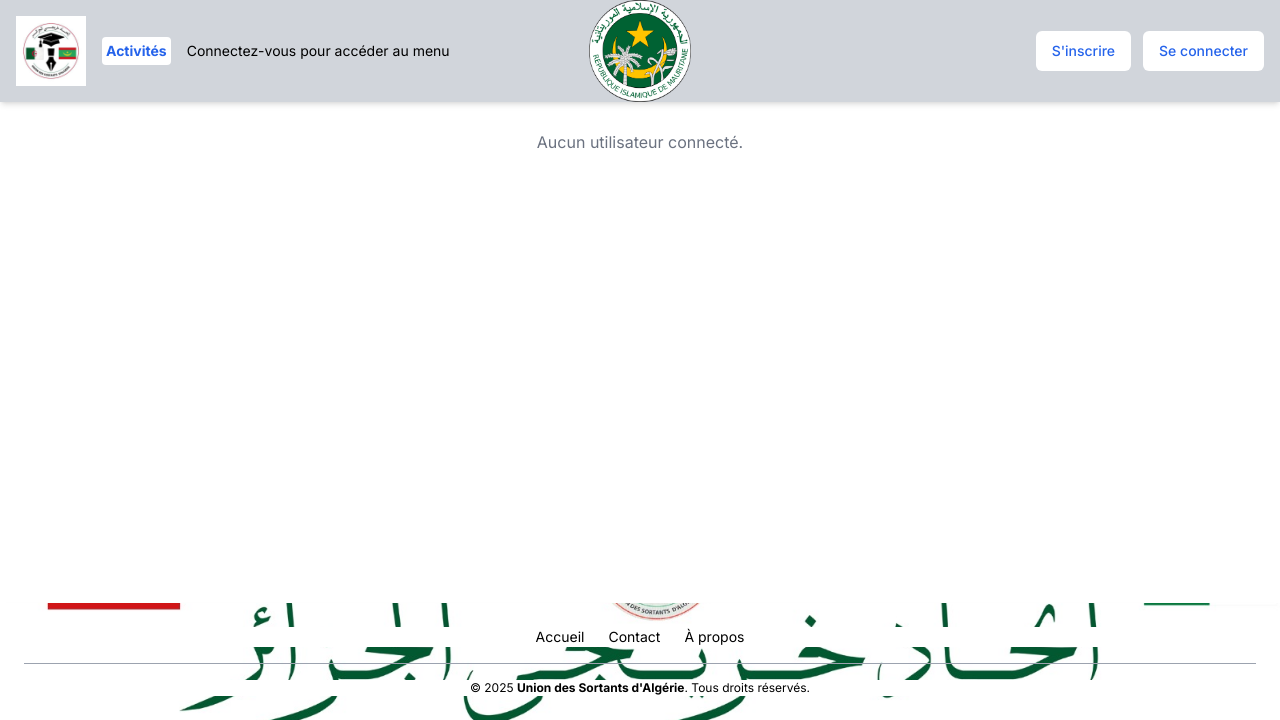
Repository: lamatmed/usa
Page: /dashboard/espace-user/update
The author's editor kept a copy of each file at every save. The page is drawn from the files as they stood at one save, then again after the next save.
The browser window is 1280 px wide. The pictures show the whole page.
The project was rebuilt for these pictures with package versions that can differ from the ones it lists, and the page was loaded fresh each time. The framework's server and built-in components were replaced by stand-ins that run in the browser. Also part of the build but not shown: next.config.js, components/ui/dropdown-menu.tsx, components/ui/card.tsx.

Above is the page before, as saved 2025-04-10 16:42:32.

### app/layout.tsx
import "./globals.css";
import type { Metadata } from "next";
import { Inter } from "next/font/google";
import { AuthProvider } from "@/components/AuthContext";
import NavBar from "@/components/NavBar";
import { Toaster } from "@/components/ui/toaster";
import Footer from "@/components/Footer";

const inter = Inter({ subsets: ["latin"] });

export const metadata: Metadata = {
  title: "Union des Sortants  d'Algérie",
  description: "Application",
  icons: "/R.png",
};

export default function RootLayout({
  children,
}: {
  children: React.ReactNode;
}) {
  return (
    <html lang="fr" className={inter.className} suppressHydrationWarning>
      <body className="flex flex-col min-h-screen">
        <AuthProvider>
          <NavBar />
          <main className="flex-grow mt-7">{children}</main>
          <Footer />
        </AuthProvider>
        <Toaster /> {/* Placer Toaster en dehors d'AuthProvider pour éviter sa réinitialisation */}
      </body>
    </html>
  );
}

### components/AuthContext.tsx
"use client";

import { createContext, useState, useEffect, useCallback } from "react";

interface User {
  nni: string;
  id: string;
  name: string;
  role: string;
  photo: string| undefined;
  address: string| undefined;
  job:  string| undefined;
  domain : string| undefined;
  cv: string| undefined
}

interface AuthContextType {
  user: User | null;
  isAuthenticated: boolean;
  login: (token: string) => void;
  logout: () => void;
}

export const AuthContext = createContext<AuthContextType | null>(null);

export function AuthProvider({ children }: { children: React.ReactNode }) {
  const [user, setUser] = useState<User | null>(null);
  const [isAuthenticated, setIsAuthenticated] = useState(false);

  // ✅ `fetchUser` est maintenant stable grâce à `useCallback`
  const fetchUser = useCallback((token: string) => {
    console.log("🔍 Envoi du token pour récupération de l'utilisateur...");

    fetch("/api/me", {
      headers: { Authorization: `Bearer ${token}` },
    })
      .then((res) => res.json())
      .then((data) => {
        console.log("🔍 Réponse API:", data);
        if (data.user) {
          setUser(data.user);
          setIsAuthenticated(true);
        } else {
          throw new Error("Utilisateur non trouvé");
        }
      })
      .catch((error) => {
        console.log("❌ Erreur lors de la récupération de l'utilisateur:", error);
        logout(); // Un seul appel ici
      });
  }, []);


  useEffect(() => {
    const token = localStorage.getItem("token");
    if (token) {
      fetchUser(token); // ✅ Plus de warning
    }
  }, [fetchUser]); // ✅ fetchUser est maintenant stable

  function login(token: string) {
    console.log("✅ Connexion réussie, stockage du token...");
    localStorage.setItem("token", token);
    fetchUser(token);
  }

  function logout() {
    console.log("🚪 Déconnexion, suppression du token...");
    localStorage.removeItem("token");
    setUser(null);
    setIsAuthenticated(false);
  }

  return (
    <AuthContext.Provider value={{ user, isAuthenticated, login, logout }}>
      {children}
    </AuthContext.Provider>
  );
}

### components/NavBar.tsx
"use client";

import { useContext, useState } from "react";
import { AuthContext } from "@/components/AuthContext";
import { useRouter } from "next/navigation";
import { Button } from "@/components/ui/button";
import {
  DropdownMenu,
  DropdownMenuContent,
  DropdownMenuItem,
  DropdownMenuLabel,
  DropdownMenuSeparator,
  DropdownMenuTrigger,
  DropdownMenuPortal,
} from "@/components/ui/dropdown-menu";
import { MainNav } from "./main-nav";
import { Menu, X } from "lucide-react"; // Icônes menu
import Image from "next/image";
import Link from "next/link";

export default function NavBar() {
  const { user, isAuthenticated, logout } = useContext(AuthContext)!;
  const router = useRouter();
  const [menuOpen, setMenuOpen] = useState(false);

  function handleLogout() {
    logout();
    router.push("/login");
  }

  return (
    <nav
      className="p-4 bg-gray-300 shadow-md flex items-center justify-between"
      style={{
        backgroundImage: "url('/R.png')",
        backgroundRepeat: "no-repeat",
        backgroundPosition: "center",
        backgroundSize: "contain", // 🔽 rend l’image plus petite
      }}

    >
      {/* Logo + Menu mobile */}
      <div className="flex items-center space-x-4">
        <Link href="/">
          <Image src={"/union.jpg"} alt="logo" width={70} height={70} />
        </Link>
        <a
          href="/activites"
          className="text-sm font-bold text-blue-600 hover:text-blue-900 bg-white p-1 rounded"
        >
          Activités
        </a>

        {/* Bouton Menu Mobile */}
        <button
          className="md:hidden p-2 rounded-md text-black hover:bg-gray-200 transition bg-white"
          onClick={() => setMenuOpen(!menuOpen)}
        >
          {menuOpen ? <X className="w-6 h-6" /> : <Menu className="w-6 h-6" />}
        </button>

        {/* Navigation Desktop */}
        <div className="hidden md:block">
          <MainNav />
        </div>
      </div>

      {/* Menu Mobile */}
      {menuOpen && (
        <div className="absolute top-16 left-0 w-full bg-gray-300 shadow-lg flex flex-col p-4 space-y-3 md:hidden">
          <MainNav />
          {!isAuthenticated && (
            <>
              <Button
                onClick={() => {
                  router.push("/register");
                  setMenuOpen(false);
                }}
                className="bg-white text-blue-600 w-full"
              >
                S&apos;inscrire
              </Button>
              <Button
                onClick={() => {
                  router.push("/login");
                  setMenuOpen(false);
                }}
                className="bg-white text-blue-600 w-full"
              >
                Se connecter
              </Button>
            </>
          )}
        </div>
      )}

      {/* Menu déroulant utilisateur */}
      {isAuthenticated && user ? (
        <DropdownMenu>
          <DropdownMenuTrigger asChild>
            <Button
              variant="outline"
              className="bg-white text-blue-600 flex items-center space-x-2"
            >
              <Image
                src={user.photo && user.photo !== "" ? user.photo : "/R.png"}
                alt={`Photo de ${user.name}`}
                width={32}
                height={32}
                className="w-8 h-8 rounded-full object-cover"
              />
              <span>{user.name}</span>
            </Button>
          </DropdownMenuTrigger>
          <DropdownMenuPortal>
            <DropdownMenuContent>
              <DropdownMenuLabel>
                <div className="flex items-center space-x-2">
                  <Image
                    src={user.photo && user.photo !== "" ? user.photo : "/R.png"}
                    alt={`Photo de ${user.name}`}
                    width={32}
                    height={32}
                    className="w-8 h-8 rounded-full object-cover"
                  />
                  <div>
                    <p className="font-semibold">{user.name}</p>
                    <p className="text-sm text-gray-500">
                      Connecté en tant que {user.role}
                    </p>
                  </div>
                </div>
              </DropdownMenuLabel>
              <DropdownMenuSeparator />
              <DropdownMenuItem
                onClick={() => {
                  handleLogout();
                  setMenuOpen(false);
                }}
                className="cursor-pointer text-red-500"
              >
                Déconnexion
              </DropdownMenuItem>
            </DropdownMenuContent>
          </DropdownMenuPortal>
        </DropdownMenu>
      ) : (
        // Boutons "Se connecter" et "S'inscrire" uniquement si l'utilisateur n'est pas connecté
        <div className="hidden md:flex space-x-3">
          <Button
            onClick={() => router.push("/register")}
            className="bg-white text-blue-600"
          >
            S&apos;inscrire
          </Button>
          <Button
            onClick={() => router.push("/login")}
            className="bg-white text-blue-600"
          >
            Se connecter
          </Button>
        </div>
      )}
    </nav>
  );
}

### components/ui/toaster.tsx
'use client';

import { useToast } from '@/hooks/use-toast';
import {
  Toast,
  ToastClose,
  ToastDescription,
  ToastProvider,
  ToastTitle,
  ToastViewport,
} from '@/components/ui/toast';

export function Toaster() {
  const { toasts } = useToast();

  return (
    <ToastProvider>
      {toasts.map(function ({ id, title, description, action, ...props }) {
        return (
          <Toast key={id} {...props}>
            <div className="grid gap-1">
              {title && <ToastTitle>{title}</ToastTitle>}
              {description && (
                <ToastDescription>{description}</ToastDescription>
              )}
            </div>
            {action}
            <ToastClose />
          </Toast>
        );
      })}
      <ToastViewport />
    </ToastProvider>
  );
}

### components/Footer.tsx
"use client";

import Link from "next/link";
import { motion } from "framer-motion";

const Footer = () => {
  return (
    <motion.footer
      initial={{ opacity: 0, y: 20 }}
      animate={{ opacity: 1, y: 0 }}
      transition={{ duration: 0.6 }}
      className="w-full py-6 bg-gradient-to-r from-gray-900 to-gray-700 text-white shadow-md mt-8"
      style={{
        backgroundImage: "url('/uda.jpg')", // Remplace par ton image
        backgroundSize: "cover",
        backgroundPosition: "center",
      }}
    >
      <div className="container mx-auto px-6 max-w-7xl text-center">
        {/* Liens rapides */}
        <nav className="mb-4 flex justify-center space-x-6 bg-white text-black">
          <Link href="/" className="text-sm hover:bg-blue-400 transition ">
            Accueil
          </Link>
          <Link
            href="/contact"
            className="text-sm hover:text-blue-900transition hover:bg-blue-400 "
          >
            Contact
          </Link>
          <Link
            href="/about"
            className="text-sm hover:bg-blue-400 transition"
          >
            À propos
          </Link>
        </nav>

        {/* Copyright */}
        <div className="border-t border-gray-400 pt-4 text-center px-2 sm:px-4">
          <p className="text-[10px] sm:text-xs text-black whitespace-nowrap bg-white">
            © {new Date().getFullYear()}{" "}
            <span className="font-bold">Union des Sortants d&apos;Algérie</span>
            . Tous droits réservés.
          </p>
        </div>
      </div>
    </motion.footer>
  );
};

export default Footer;

### components/ui/button.tsx
import * as React from 'react';
import { Slot } from '@radix-ui/react-slot';
import { cva, type VariantProps } from 'class-variance-authority';

import { cn } from '@/lib/utils';

const buttonVariants = cva(
  'inline-flex items-center justify-center whitespace-nowrap rounded-md text-sm font-medium ring-offset-background transition-colors focus-visible:outline-none focus-visible:ring-2 focus-visible:ring-ring focus-visible:ring-offset-2 disabled:pointer-events-none disabled:opacity-50',
  {
    variants: {
      variant: {
        default: 'bg-primary text-primary-foreground hover:bg-primary/90',
        destructive:
          'bg-destructive text-destructive-foreground hover:bg-destructive/90',
        outline:
          'border border-input bg-background hover:bg-accent hover:text-accent-foreground',
        secondary:
          'bg-secondary text-secondary-foreground hover:bg-secondary/80',
        ghost: 'hover:bg-accent hover:text-accent-foreground',
        link: 'text-primary underline-offset-4 hover:underline',
      },
      size: {
        default: 'h-10 px-4 py-2',
        sm: 'h-9 rounded-md px-3',
        lg: 'h-11 rounded-md px-8',
        icon: 'h-10 w-10',
      },
    },
    defaultVariants: {
      variant: 'default',
      size: 'default',
    },
  }
);

export interface ButtonProps
  extends React.ButtonHTMLAttributes<HTMLButtonElement>,
    VariantProps<typeof buttonVariants> {
  asChild?: boolean;
}

const Button = React.forwardRef<HTMLButtonElement, ButtonProps>(
  ({ className, variant, size, asChild = false, ...props }, ref) => {
    const Comp = asChild ? Slot : 'button';
    return (
      <Comp
        className={cn(buttonVariants({ variant, size, className }))}
        ref={ref}
        {...props}
      />
    );
  }
);
Button.displayName = 'Button';

export { Button, buttonVariants };

### hooks/use-toast.ts
'use client';

import { ToastActionElement, ToastProps } from '@/components/ui/toast';
// Inspired by react-hot-toast library
import * as React from 'react';



const TOAST_LIMIT = 1;
const TOAST_REMOVE_DELAY = 1000000;

type ToasterToast = ToastProps& {
  id: string;
  title?: React.ReactNode;
  description?: React.ReactNode;
  action?: ToastActionElement;
};

const actionTypes = {
  ADD_TOAST: 'ADD_TOAST',
  UPDATE_TOAST: 'UPDATE_TOAST',
  DISMISS_TOAST: 'DISMISS_TOAST',
  REMOVE_TOAST: 'REMOVE_TOAST',
} as const;

let count = 0;

function genId() {
  count = (count + 1) % Number.MAX_SAFE_INTEGER;
  return count.toString();
}

type ActionType = typeof actionTypes;

type Action =
  | {
      type: ActionType['ADD_TOAST'];
      toast: ToasterToast;
    }
  | {
      type: ActionType['UPDATE_TOAST'];
      toast: Partial<ToasterToast>;
    }
  | {
      type: ActionType['DISMISS_TOAST'];
      toastId?: ToasterToast['id'];
    }
  | {
      type: ActionType['REMOVE_TOAST'];
      toastId?: ToasterToast['id'];
    };

interface State {
  toasts: ToasterToast[];
}

const toastTimeouts = new Map<string, ReturnType<typeof setTimeout>>();

const addToRemoveQueue = (toastId: string) => {
  if (toastTimeouts.has(toastId)) {
    return;
  }

  const timeout = setTimeout(() => {
    toastTimeouts.delete(toastId);
    dispatch({
      type: 'REMOVE_TOAST',
      toastId: toastId,
    });
  }, TOAST_REMOVE_DELAY);

  toastTimeouts.set(toastId, timeout);
};

export const reducer = (state: State, action: Action): State => {
  switch (action.type) {
    case 'ADD_TOAST':
      return {
        ...state,
        toasts: [action.toast, ...state.toasts].slice(0, TOAST_LIMIT),
      };

    case 'UPDATE_TOAST':
      return {
        ...state,
        toasts: state.toasts.map((t) =>
          t.id === action.toast.id ? { ...t, ...action.toast } : t
        ),
      };

    case 'DISMISS_TOAST': {
      const { toastId } = action;

      // ! Side effects ! - This could be extracted into a dismissToast() action,
      // but I'll keep it here for simplicity
      if (toastId) {
        addToRemoveQueue(toastId);
      } else {
        state.toasts.forEach((toast) => {
          addToRemoveQueue(toast.id);
        });
      }

      return {
        ...state,
        toasts: state.toasts.map((t) =>
          t.id === toastId || toastId === undefined
            ? {
                ...t,
                open: false,
              }
            : t
        ),
      };
    }
    case 'REMOVE_TOAST':
      if (action.toastId === undefined) {
        return {
          ...state,
          toasts: [],
        };
      }
      return {
        ...state,
        toasts: state.toasts.filter((t) => t.id !== action.toastId),
      };
  }
};

const listeners: Array<(state: State) => void> = [];

let memoryState: State = { toasts: [] };

function dispatch(action: Action) {
  memoryState = reducer(memoryState, action);
  listeners.forEach((listener) => {
    listener(memoryState);
  });
}

type Toast = Omit<ToasterToast, 'id'>;

function toast({ ...props }: Toast) {
  const id = genId();

  const update = (props: ToasterToast) =>
    dispatch({
      type: 'UPDATE_TOAST',
      toast: { ...props, id },
    });
  const dismiss = () => dispatch({ type: 'DISMISS_TOAST', toastId: id });

  dispatch({
    type: 'ADD_TOAST',
    toast: {
      ...props,
      id,
      open: true,
      onOpenChange: (open) => {
        if (!open) dismiss();
      },
    },
  });

  return {
    id: id,
    dismiss,
    update,
  };
}

function useToast() {
  const [state, setState] = React.useState<State>(memoryState);

  React.useEffect(() => {
    listeners.push(setState);
    return () => {
      const index = listeners.indexOf(setState);
      if (index > -1) {
        listeners.splice(index, 1);
      }
    };
  }, [state]);

  return {
    ...state,
    toast,
    dismiss: (toastId?: string) => dispatch({ type: 'DISMISS_TOAST', toastId }),
  };
}

export { useToast, toast };

### components/main-nav.tsx
"use client"

import Link from "next/link"
import { usePathname } from "next/navigation"
import { useContext } from "react"
import { AuthContext } from "@/components/AuthContext"
import { cn } from "@/lib/utils"
import {
  Users,
  Clipboard,
  ComputerIcon ,
  LayoutDashboard
} from "lucide-react"

type NavigationItem = {
  name: string;
  href: string;
  icon: React.ComponentType<any>;
}

type Navigation = {
  ADMIN: NavigationItem[];
  USER: NavigationItem[];

}

const navigation: Navigation = {
  ADMIN: [
    { name: "Tableau de bord", href: "/dashboard", icon: LayoutDashboard },

    { name: "Mon espace", href: "/dashboard/espace-user", icon: ComputerIcon},
    { name: "Mombres", href: "/dashboard/users", icon: Users },
    { name: "Election", href: "/dashboard/config-vote", icon: Clipboard },
  ],
  USER: [
    { name: "Tableau de bord", href: "/dashboard", icon: LayoutDashboard },
    { name: "Mon espace", href: "/dashboard/espace-user", icon: Users },

  ],

}

export function MainNav() {
  const pathname = usePathname()
  const { user, isAuthenticated } = useContext(AuthContext)!;

  // Vérifier le rôle de l'utilisateur
  const userRole = user?.role || "USER";
  const allowedNavigation = navigation[userRole as keyof Navigation] || navigation.USER;

  return (
    <nav className="flex flex-col md:flex-row items-center md:space-x-6 space-y-2 md:space-y-0">
      {isAuthenticated && user ? (
        allowedNavigation.map((item) => {
          const Icon = item.icon
          const isActive = pathname === item.href

          return (
            <Link
              key={item.href}
              href={item.href}
              className={cn(
                "flex items-center text-sm font-medium transition-colors duration-200 px-4 py-2 rounded-lg w-full md:w-auto",
                isActive
                  ? "text-blue-600 bg-gray-100 md:border-b-2 border-blue-600"
                  : "text-gray-700 bg-white hover:text-blue-500 hover:bg-gray-100"
              )}
            >
              <Icon className="mr-2 h-5 w-5" />
              {item.name}
            </Link>
          )
        })
      ) : (
        <span className="text-black text-sm">Connectez-vous pour accéder au menu</span>
      )}
    </nav>
  )
}

Loaded but not shown: app/globals.css (common file); lib/utils.ts (common file); lib/prisma.ts (common file); tailwind.config.ts (common file); utils/actions.ts (255 lines, source omitted); app/dashboard/espace-user/update/page.tsx (212 lines, source omitted); components/ui/toast.tsx (129 lines, source omitted)

After the next save:
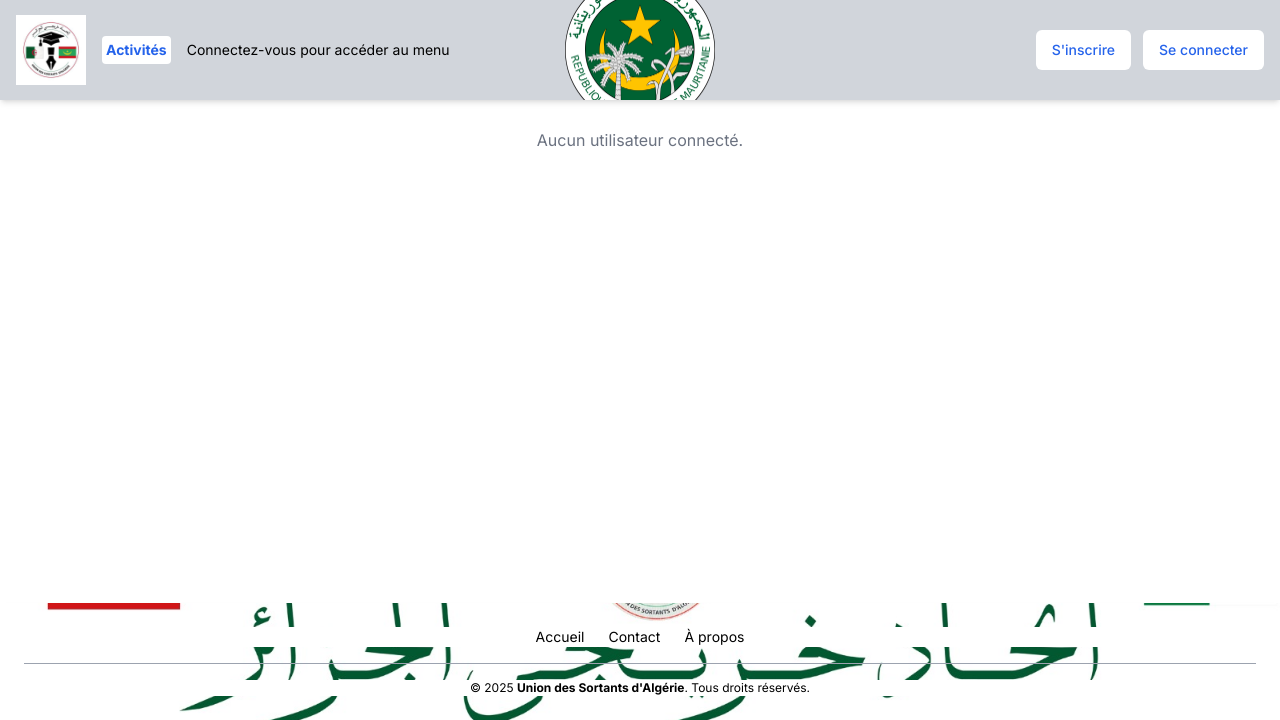
Saved 2 min 42 s later.
--- a/components/NavBar.tsx
+++ b/components/NavBar.tsx
@@ -30,15 +30,15 @@
 
   return (
     <nav
-      className="p-4 bg-gray-300 shadow-md flex items-center justify-between"
-      style={{
-        backgroundImage: "url('/R.png')",
-        backgroundRepeat: "no-repeat",
-        backgroundPosition: "center",
-        backgroundSize: "contain", // 🔽 rend l’image plus petite
-      }}
-
-    >
+    className="p-4 bg-gray-300 shadow-md flex items-center justify-between"
+    style={{
+      backgroundImage: "url('/R.png')",
+      backgroundRepeat: "no-repeat",
+      backgroundPosition: "center",
+      backgroundSize: "150px", // 🎯 ajuste ici la taille exacte que tu veux
+      height: "100px", // ✅ utile pour donner une hauteur fixe si tu veux centrer proprement
+    }}
+  >
       {/* Logo + Menu mobile */}
       <div className="flex items-center space-x-4">
         <Link href="/">

After the 2 saves that followed:
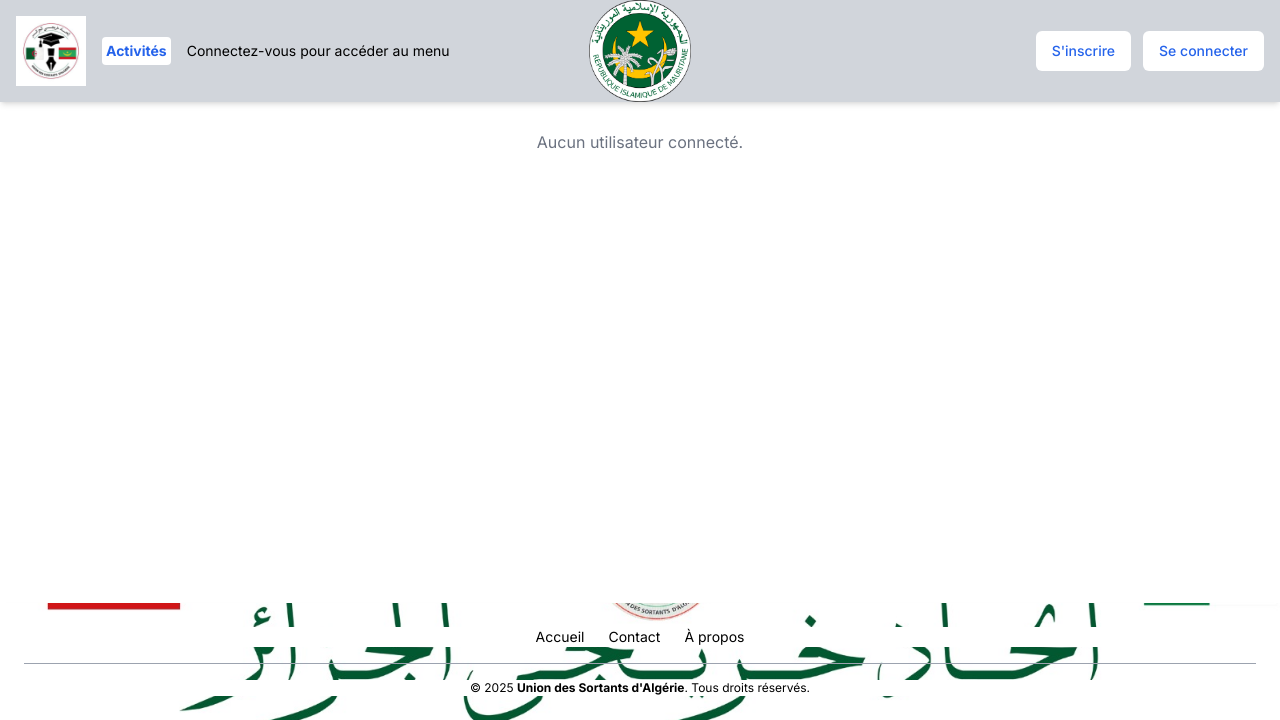
The 2 saves are shown as one change because they came seconds apart.
The last was saved 24 s later.
--- a/components/NavBar.tsx
+++ b/components/NavBar.tsx
@@ -30,15 +30,15 @@
 
   return (
     <nav
-    className="p-4 bg-gray-300 shadow-md flex items-center justify-between"
-    style={{
-      backgroundImage: "url('/R.png')",
-      backgroundRepeat: "no-repeat",
-      backgroundPosition: "center",
-      backgroundSize: "150px", // 🎯 ajuste ici la taille exacte que tu veux
-      height: "100px", // ✅ utile pour donner une hauteur fixe si tu veux centrer proprement
-    }}
-  >
+      className="p-4 bg-gray-300 shadow-md flex items-center justify-between"
+      style={{
+        backgroundImage: "url('/R.png')",
+        backgroundRepeat: "no-repeat",
+        backgroundPosition: "center",
+        backgroundSize: "contain", // 🔽 rend l’image plus petite
+      }}
+
+    >
       {/* Logo + Menu mobile */}
       <div className="flex items-center space-x-4">
         <Link href="/">
